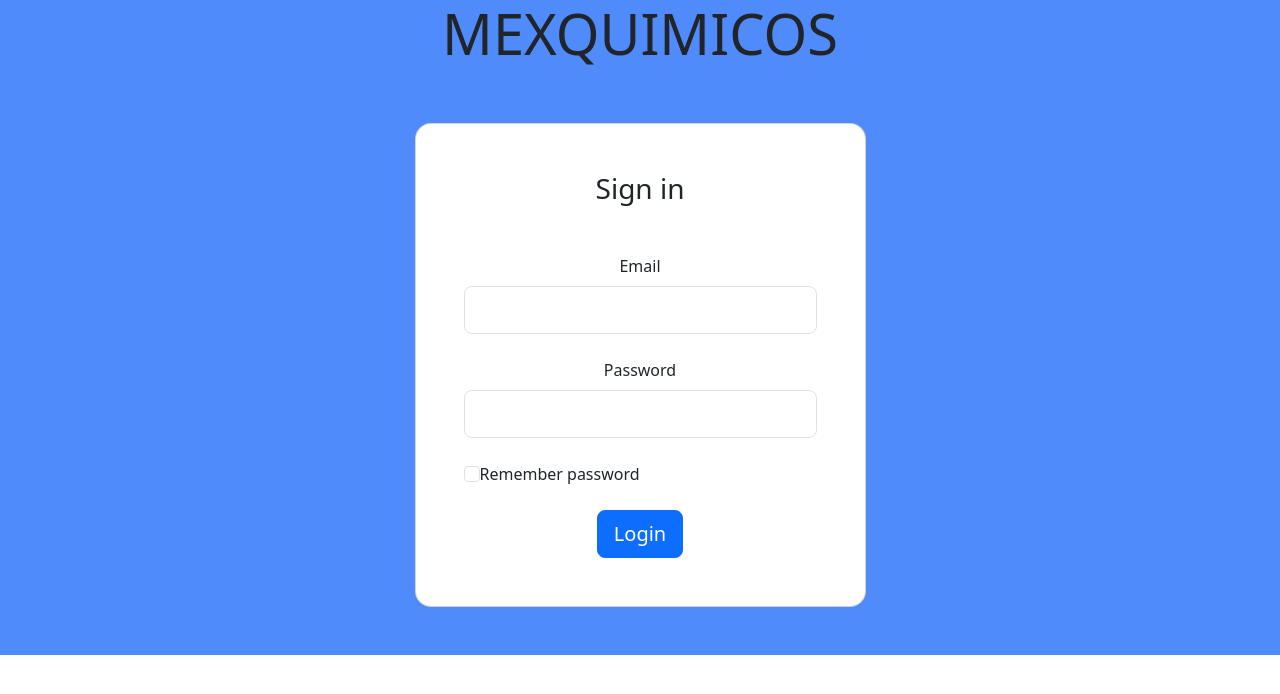
Repository: iDiv3r/MexiQuimicosIsay
Page: Index.html
The author's editor kept a copy of each file at every save. The page is drawn from the files as they stood at one save, then again after the next save.
The browser window is 1280 px wide. The pictures show the whole page.

Above is the page before, as saved 2023-11-25 00:41:55.

After the next save:
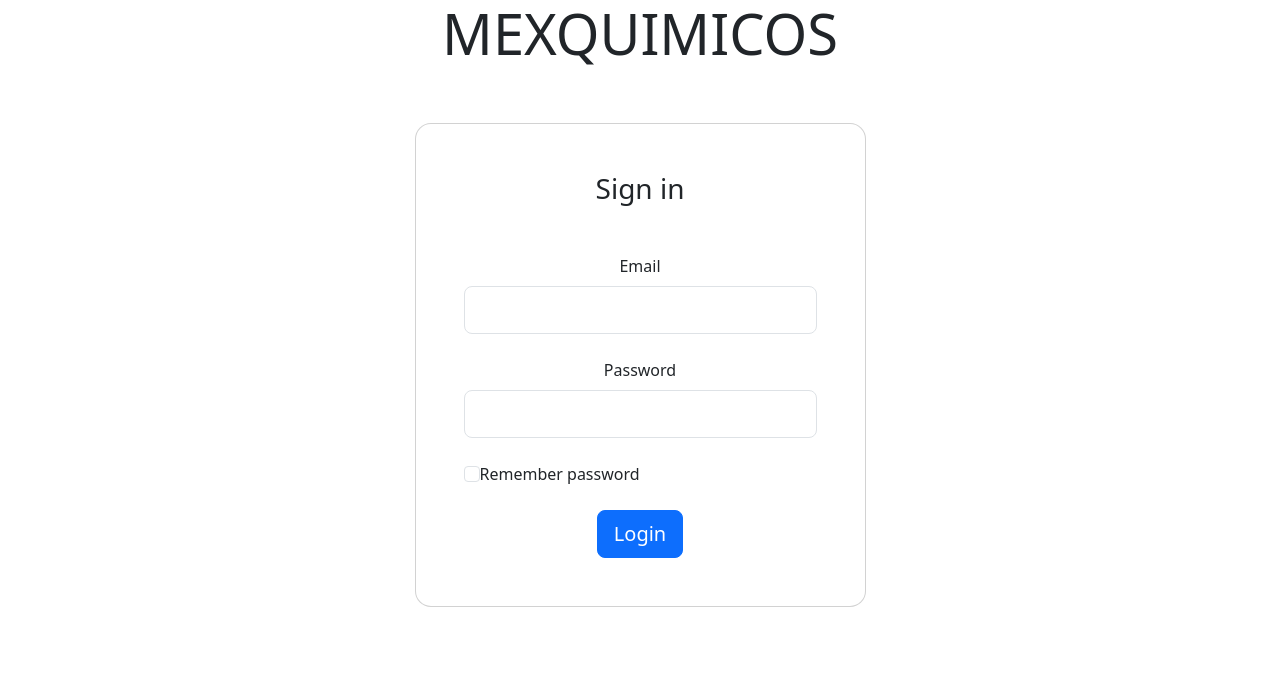
Saved 17 s later.
--- a/Index.html
+++ b/Index.html
@@ -6,7 +6,7 @@
   <link rel="stylesheet" href="https://cdn.jsdelivr.net/npm/bootstrap@5.3.0/dist/css/bootstrap.min.css">
 </head>
 <body>
-  <section class="" style="background-color: #508bfc;">
+  <section>
     <h1 class="display-4 text-center text-dark">MEXQUIMICOS</h1>
     <div class="container py-5 h-100">
       <div class="row d-flex justify-content-center align-items-center h-100">
